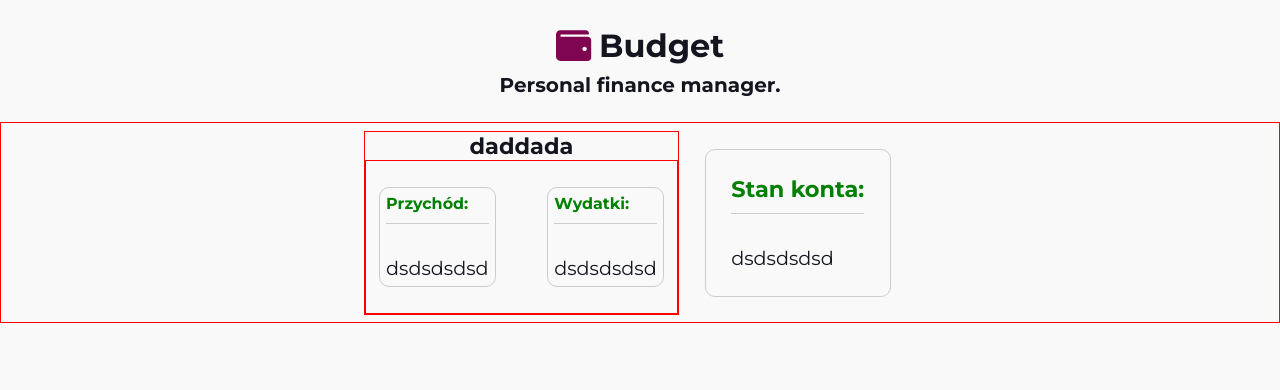
Repository: KrzysKolo/sr_tydzien4_zad4
Page: /
An editor plug-in stored every save of this project. The page is shown before and after the next save, followed by the edit.
The browser window is 1280 px wide. The pictures show the whole page.
Some web libraries are served in a nearby version. The project was rebuilt for these pictures with package versions that can differ from the ones it lists, and the page was loaded fresh each time.

Above is the page before, as saved 2020-11-29 14:39:57.

### public/index.html
<!DOCTYPE html>
<html lang="en">
  <head>
    <meta charset="utf-8" />
    <link rel="icon" href="%PUBLIC_URL%/favicon.ico" />
    <meta name="viewport" content="width=device-width, initial-scale=1" />
    <meta name="theme-color" content="#000000" />
    <meta
      name="description"
      content="Web site created using create-react-app"
    />
    <link rel="apple-touch-icon" href="%PUBLIC_URL%/logo192.png" />
    <!--
      manifest.json provides metadata used when your web app is installed on a
      user's mobile device or desktop. See https://developers.google.com/web/fundamentals/web-app-manifest/
    -->
    <link rel="manifest" href="%PUBLIC_URL%/manifest.json" />
    <!--
      Notice the use of %PUBLIC_URL% in the tags above.
      It will be replaced with the URL of the `public` folder during the build.
      Only files inside the `public` folder can be referenced from the HTML.

      Unlike "/favicon.ico" or "favicon.ico", "%PUBLIC_URL%/favicon.ico" will
      work correctly both with client-side routing and a non-root public URL.
      Learn how to configure a non-root public URL by running `npm run build`.
    -->
    <link
      href="https://fonts.googleapis.com/css?family=Montserrat:200,400,700&display=swap&subset=latin-ext"
      rel="stylesheet"
    />
    <script
      src="https://kit.fontawesome.com/327a0d490c.js"
      crossorigin="anonymous"
    ></script>
    <title>Budget</title>
  </head>
  <body>
    <noscript>You need to enable JavaScript to run this app.</noscript>
    <div id="root"></div>
    <!--
      This HTML file is a template.
      If you open it directly in the browser, you will see an empty page.

      You can add webfonts, meta tags, or analytics to this file.
      The build step will place the bundled scripts into the <body> tag.

      To begin the development, run `npm start` or `yarn start`.
      To create a production bundle, use `npm run build` or `yarn build`.
    -->
  </body>
</html>

### src/App.js
import React from 'react';
import Budget from './components/Budget'

const App = () => {
  return (
    <>
      <Budget/>
    </>
  )
}

export default App;

### src/components/Budget.js
import React from 'react';
import Header from './budgetComponents/Header';
import Section from './budgetComponents/Section';
import H1 from './budgetComponents/sectionComponents/H1';
import styled, { createGlobalStyle } from 'styled-components';

const GlobalStyle = createGlobalStyle`
    * {
        padding: 0;
        margin: 0;
        box-sizing: border-box;
    }
    body {
        background-color: #f9f9f9;
        color: #14161f;
        font-family: "Montserrat", sans-serif;
        font-size: 16px;
        min-height: 100vh;
    }
    `;
const Container = styled.main`
    font-size: 1.2em;
`;
const SectionContainer = styled.section`
    border: 1px solid red;
    display: flex;
    flex-direction: row;
    justify-content: center;
    align-items: center;
`;
const SectionItems = styled.section`
    border: 1px solid red;
    display: flex;
    flex-direction: row;
    justify-content: center;
    align-items: center;
`;
const SectionBudget = styled.section`
    border: 1px solid red;
    display: flex;
    flex-direction: column;
    justify-content: center;
    align-items: center;
`;
const Budget = () => {
    return (
        <>
            <GlobalStyle />
            <Container>
                <Header />
                <SectionContainer>
                    <SectionBudget>
                        <h1>daddada</h1>
                        <SectionItems>
                            <Section title={"Przychód"} label={"p"}/>
                            <Section title={"Wydatki"}/>
                        </SectionItems>
                    </SectionBudget>
                    <Section title={"Stan konta"}/>
                </SectionContainer>
            </Container>
        </>
    )
}

export default Budget;

### src/components/budgetComponents/Header.js
import React from 'react';
import styled from 'styled-components';
import { FontAwesomeIcon } from '@fortawesome/react-fontawesome';
import { faWallet } from '@fortawesome/free-solid-svg-icons';

const SectionHeader = styled.header`
    align-items: center;
    color: rgb(127, 5, 80);
    display: flex;
    font-size: 2.2rem;
    flex-direction: column;
    justify-content: center;
    padding: 2%;
`;
const DivHeader = styled.div`
    align-items: center;
    display: flex;
    flex-direction: row;
    justify-content: center;
    margin-bottom: 0.5rem;
`;
const H1Header = styled.h1`
    color: #14161f;
    font-size: 2rem;
    margin-left: .5rem;
`;
const H2Header = styled.h2`
    color: #14161f;
    font-size: 1.25rem;
`;
const Header = () => {
    return (
        <SectionHeader>
            <DivHeader>
                <FontAwesomeIcon icon={faWallet}/>
                <H1Header>Budget</H1Header>
            </DivHeader>
            <H2Header>Personal finance manager.</H2Header>
        </SectionHeader>
    )
}

export default Header;

### src/components/budgetComponents/Section.js
import React from 'react';
import H1 from './sectionComponents/H1';
import styled from 'styled-components';

const SectionWrapper = styled.section`
    border: 1px solid #ccc;
    border-radius: 10px;
    display: flex;
    flex-direction: column;
    margin: 2vw;
    padding: 2%;
`;
const Section = ({ title, label }) => {
    return (
        <SectionWrapper>
           <H1 title={title} label={label}> </H1>
           <p>dsdsdsdsd</p>
        </SectionWrapper>
    )
}

export default Section;

### src/components/budgetComponents/sectionComponents/H1.js
import React from 'react'
import styled from 'styled-components';

const TitleH1 = styled.h1`
    border-bottom: 1px solid #ccc;
    color: ${label => label ? 'green' : 'red'};
    margin-bottom: 2rem;
    padding-bottom: 10px;
`;

const H1 = ({title, label}) => {
    return (
        <TitleH1>
            {title}:
        </TitleH1>
    )
}

export default H1;

Loaded but not shown: src/index.js (common file); src/index.css (common file)

After the next save:
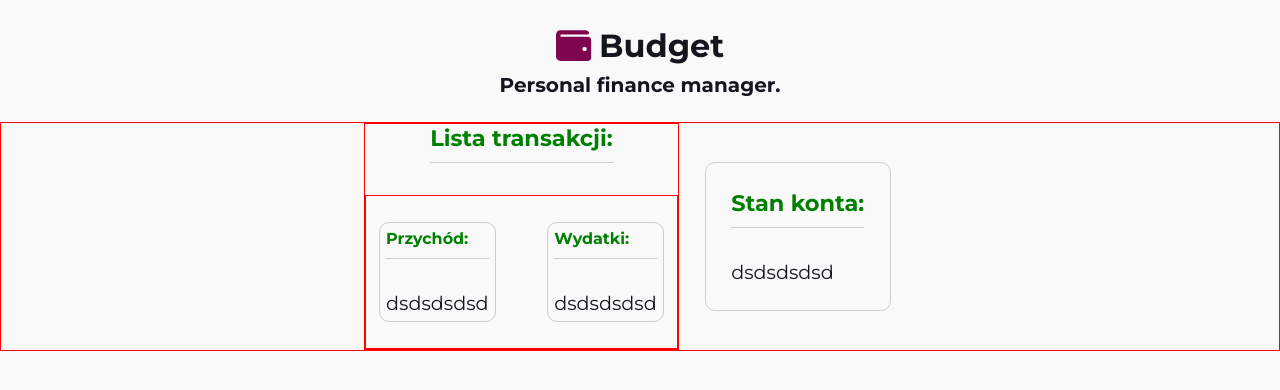
Saved 29 s later.
--- a/src/components/Budget.js
+++ b/src/components/Budget.js
@@ -50,7 +50,7 @@ const Budget = () => {
                 <Header />
                 <SectionContainer>
                     <SectionBudget>
-                        <h1>daddada</h1>
+                        <H1 title={"Lista transakcji"} />
                         <SectionItems>
                             <Section title={"Przychód"} label={"p"}/>
                             <Section title={"Wydatki"}/>
